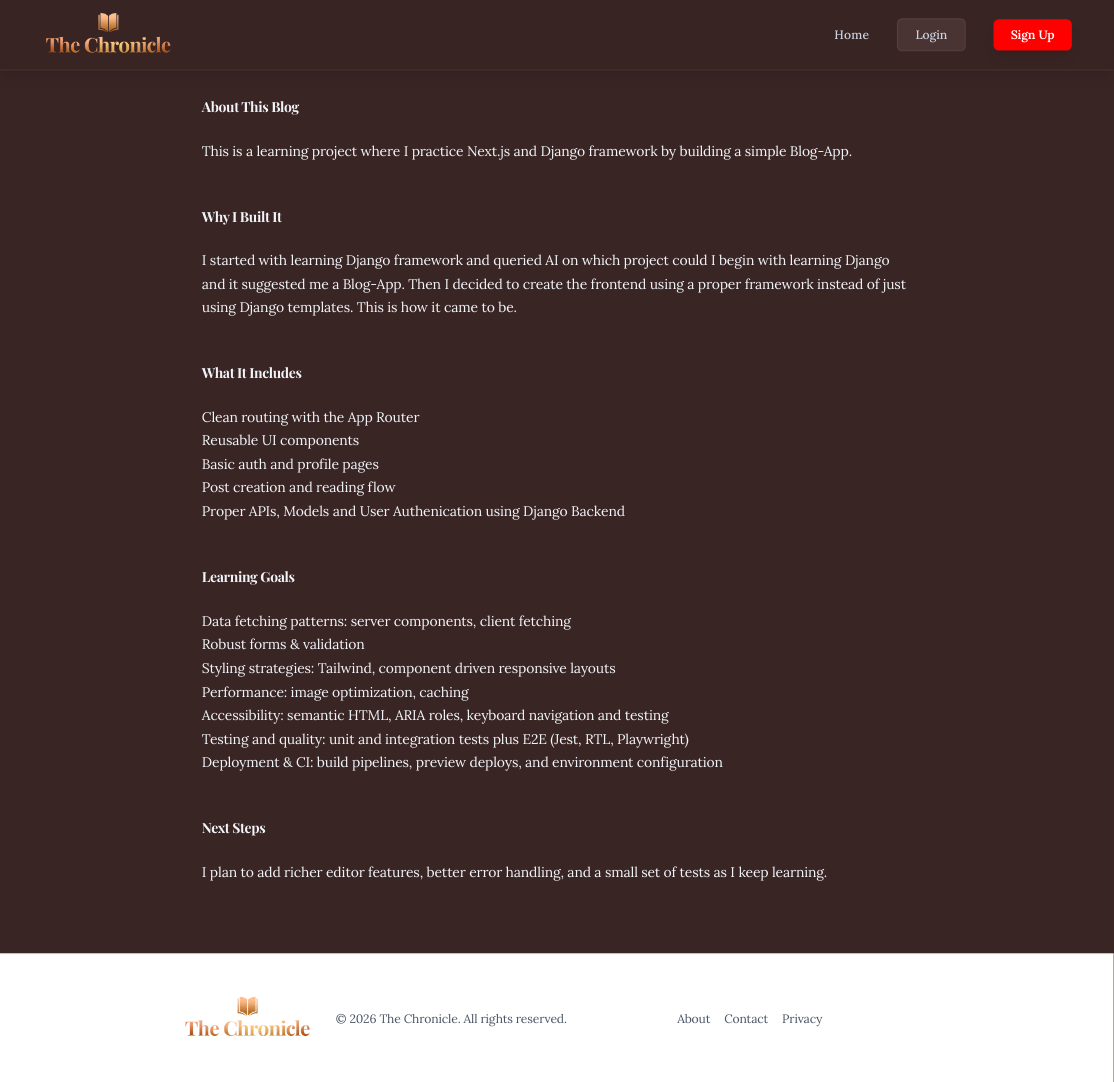
Repository: swaruplamsal/BasicBlogApp
Page: /about (app in blog-frontend/)
These files come from the project's save history. The page is drawn as it stood at one moment and after the next save; the edit follows.
The browser window is 1280 px wide. The pictures show the whole page, at 87% of full size.
The page's requests for data from a server got no answer. The project was rebuilt for these pictures with package versions that can differ from the ones it lists, and the page was loaded fresh each time. The framework's server and built-in components were replaced by stand-ins that run in the browser. No one was signed in, and anything a server would have sent is missing. Also part of the build but not shown: blog-frontend/next.config.mjs, blog-frontend/app/components/Avatar.js.

Above is the page before, as saved 2026-02-07 21:02:20.

After the next save:
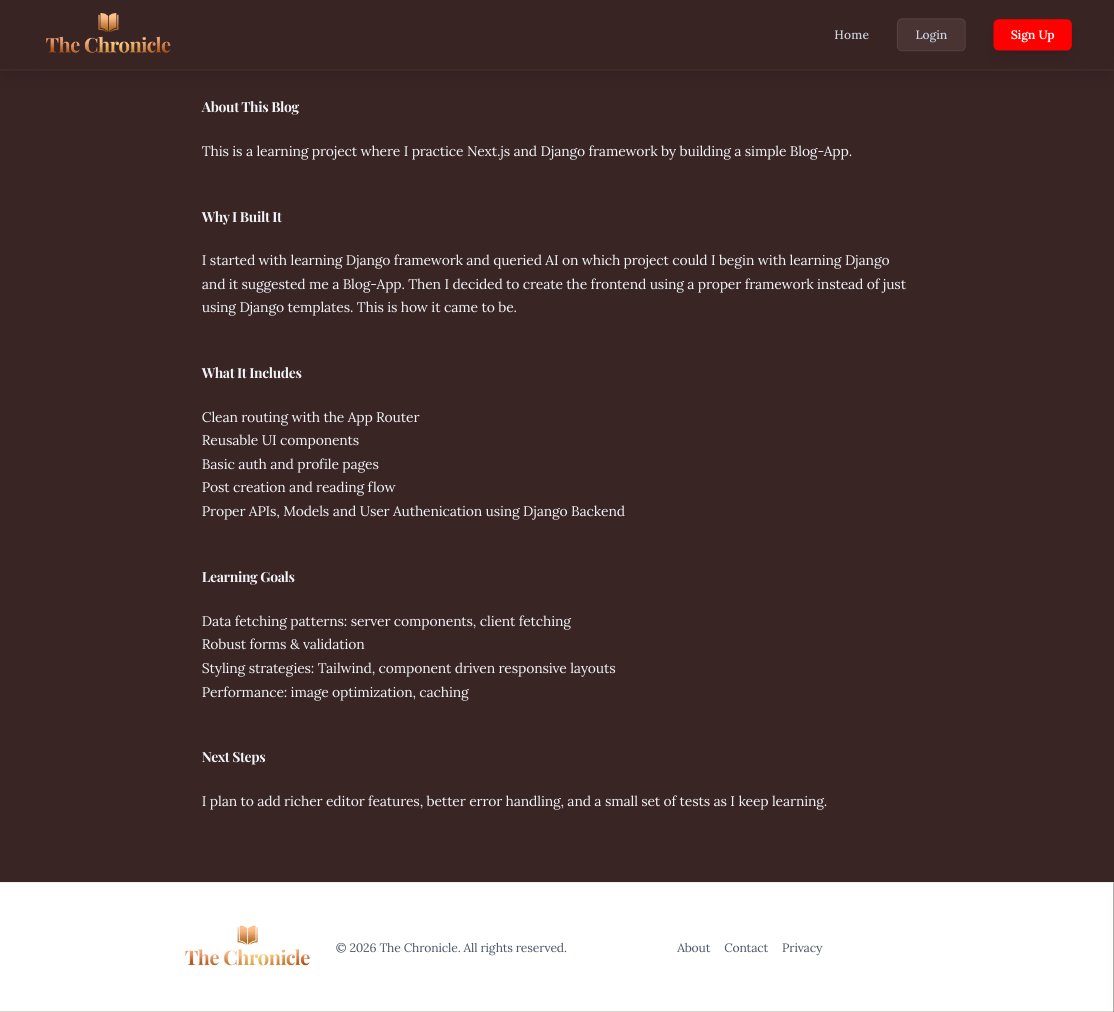
Saved 15 s later.
--- a/blog-frontend/app/about/page.js
+++ b/blog-frontend/app/about/page.js
@@ -56,18 +56,6 @@ export default function About() {
               Styling strategies: Tailwind, component driven responsive layouts
             </li>
             <li>Performance: image optimization, caching</li>
-            <li>
-              Accessibility: semantic HTML, ARIA roles, keyboard navigation and
-              testing
-            </li>
-            <li>
-              Testing and quality: unit and integration tests plus E2E (Jest,
-              RTL, Playwright)
-            </li>
-            <li>
-              Deployment & CI: build pipelines, preview deploys, and environment
-              configuration
-            </li>
           </ul>
         </section>
         <br />
